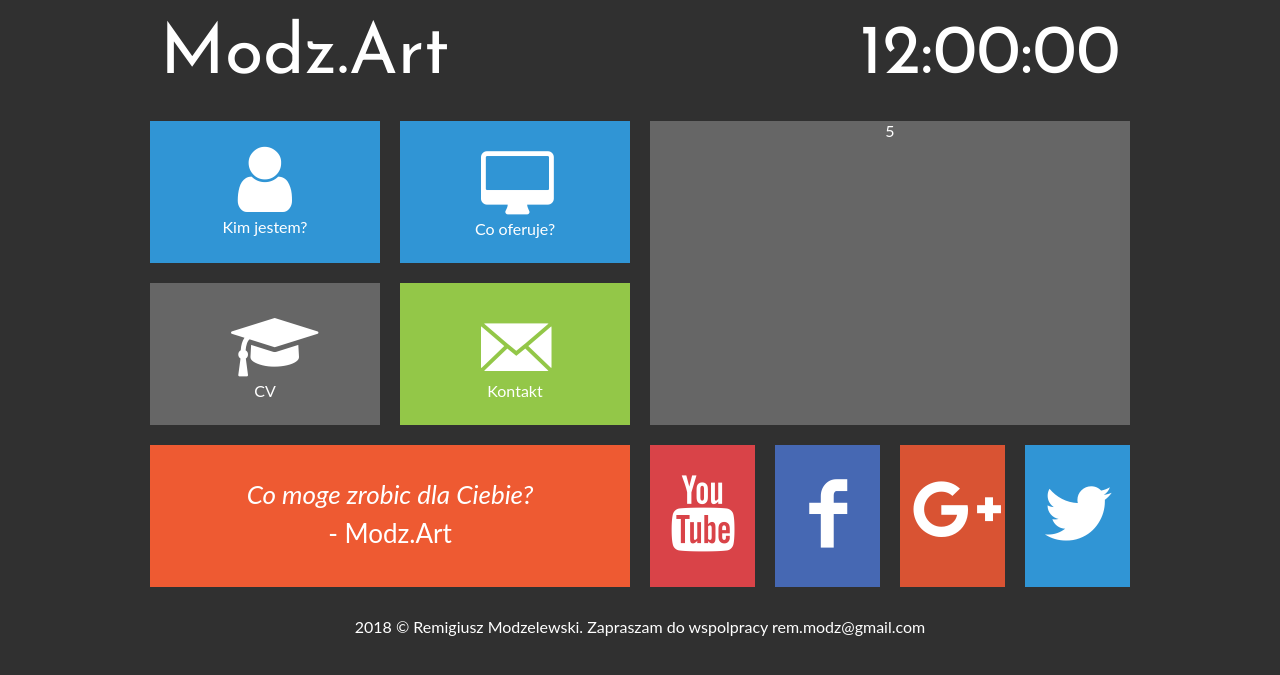
Repository: RemModz/Portfolio
Page: index.html
These files come from the project's save history. The page is drawn as it stood at one moment and after the next save; the edit follows.
The browser window is 1280 px wide. The pictures show the whole page.
The pointer rests on the first visible `.tile1`.

Above is the page before, as saved 2018-11-02 18:17:15.

After the next save:
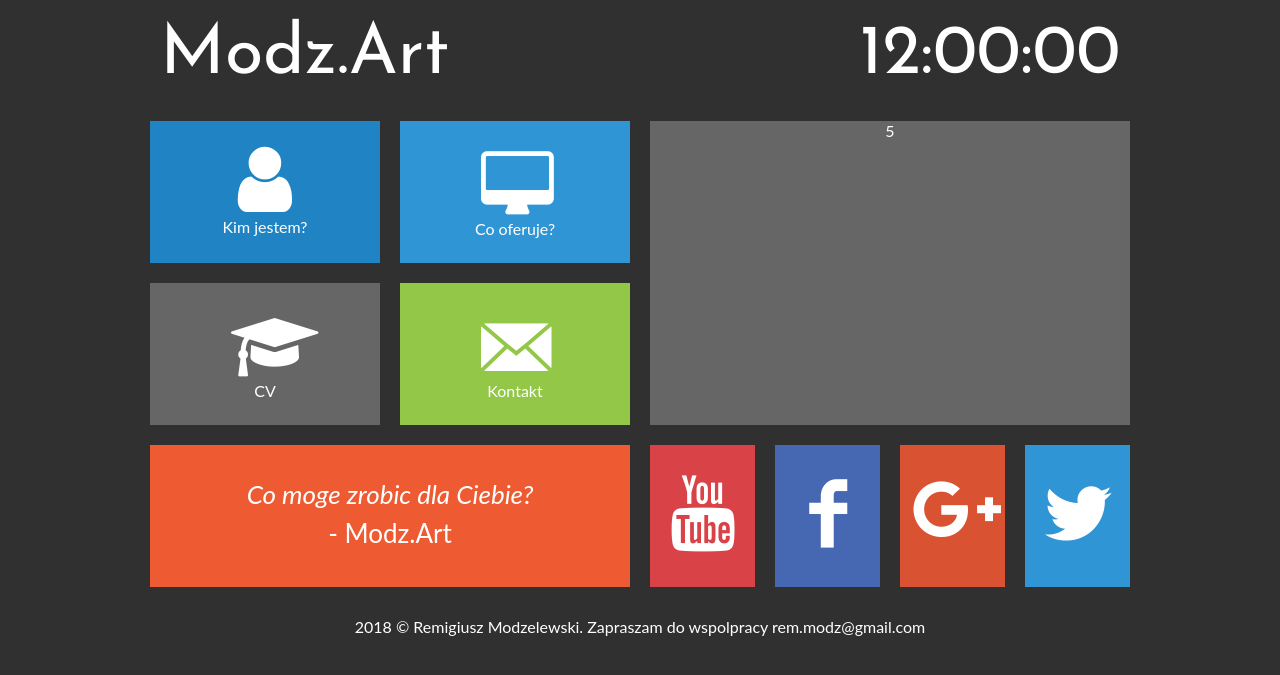
Saved 5 min 7 s later.
--- a/style.css
+++ b/style.css
@@ -43,6 +43,10 @@
     background-color: #3095d5;
     float: left;
     text-align: center;
+}
+
+.tile1:hover {
+background-color: #2084c4;
 }
 
 .tile2 {
